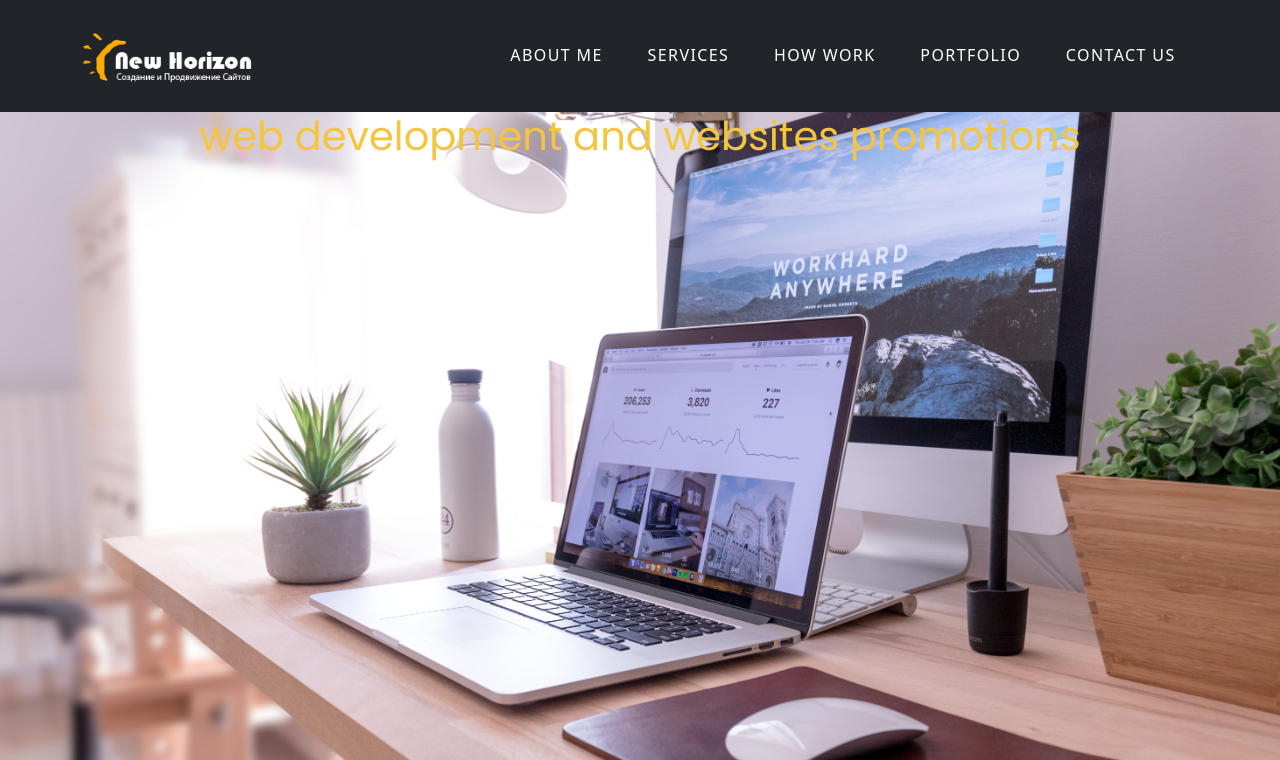
Repository: ahmedibrahimhassan654/React-Bootstrap-5
Page: /
The author's editor kept a copy of each file at every save. The page is drawn from the files as they stood at one save, then again after the next save.
The browser window is 1280 px wide. The pictures show the whole page.
The project was rebuilt for these pictures with package versions that can differ from the ones it lists, and the page was loaded fresh each time.

Above is the page before, as saved 2021-11-25 05:24:52.

After the next save:
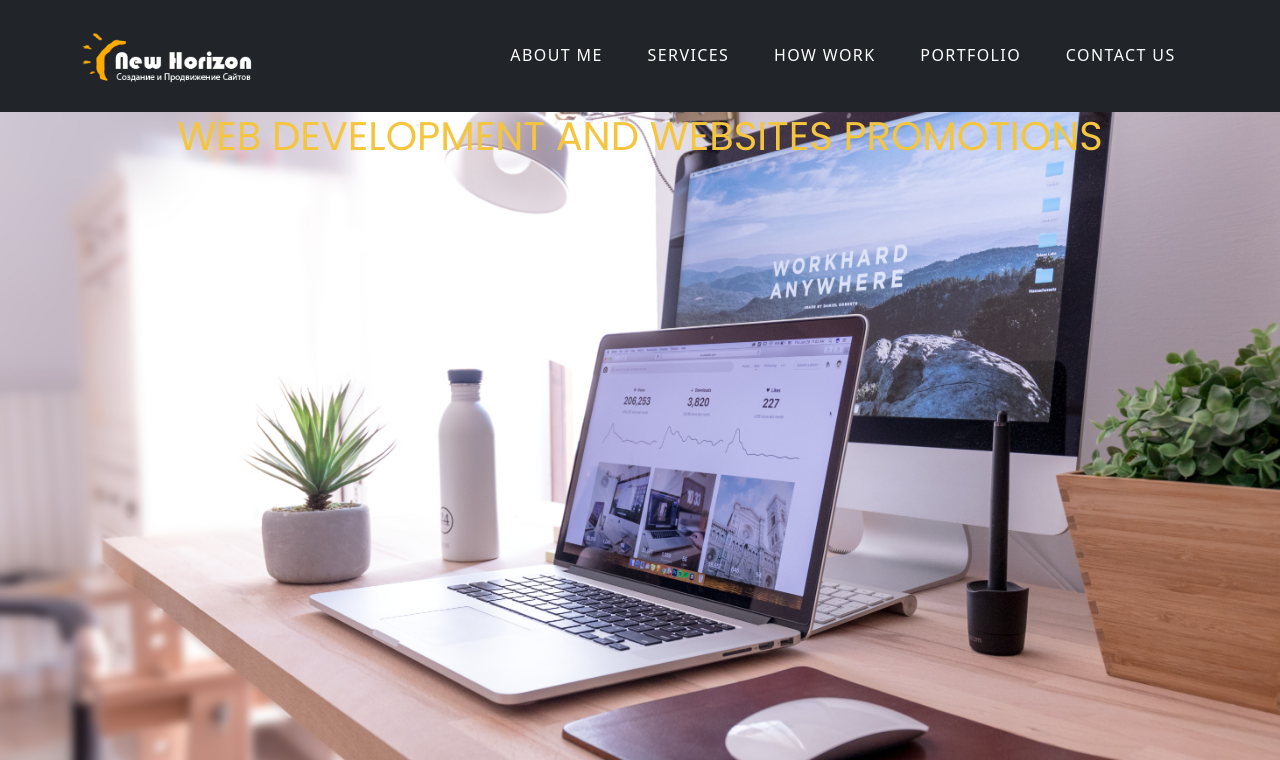
Saved 4 s later.
--- a/src/App.css
+++ b/src/App.css
@@ -62,5 +62,5 @@ nav ul li {
 }
 .maininfo h1 {
   color: var(--primary-orage);
-  text-transform: ;
+  text-transform: uppercase;
 }
